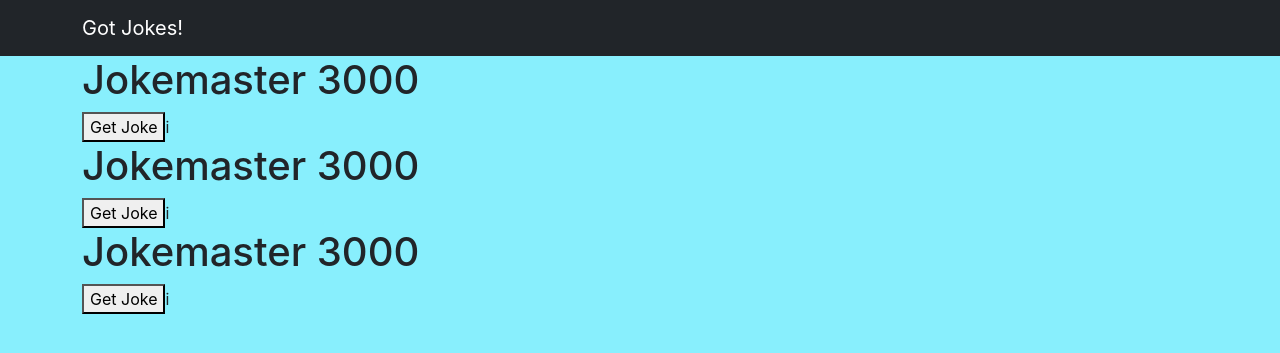
Repository: jontslater/LAB-joke-generator-react
Page: /
These files come from the project's save history. The page is drawn as it stood at one moment and after the next save; the edit follows.
The browser window is 1280 px wide. The pictures show the whole page.
The project was rebuilt for these pictures with package versions that can differ from the ones it lists, and the page was loaded fresh each time. The framework's server and built-in components were replaced by stand-ins that run in the browser. Also part of the build but not shown: next.config.js.

Above is the page before, as saved 2024-01-12 16:16:37.

After the next save:
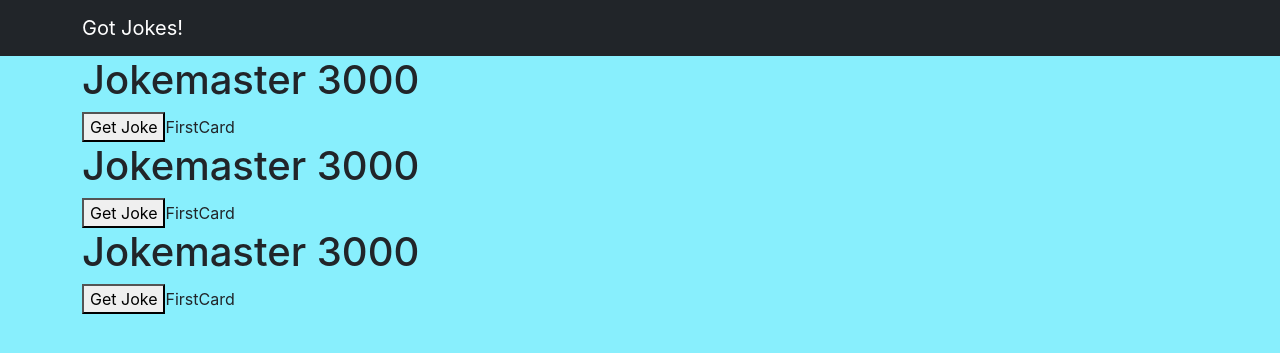
Saved 25 s later.
--- a/components/Jokes.js
+++ b/components/Jokes.js
@@ -15,7 +15,7 @@ function Jokes(title) {
     <>
       <h1>Jokemaster 3000</h1>
       <button type="button" onClick={(getJokes)}> Get Joke </button>
-      {jokes[1]}
+      {jokes}
     </>
   );
 }
